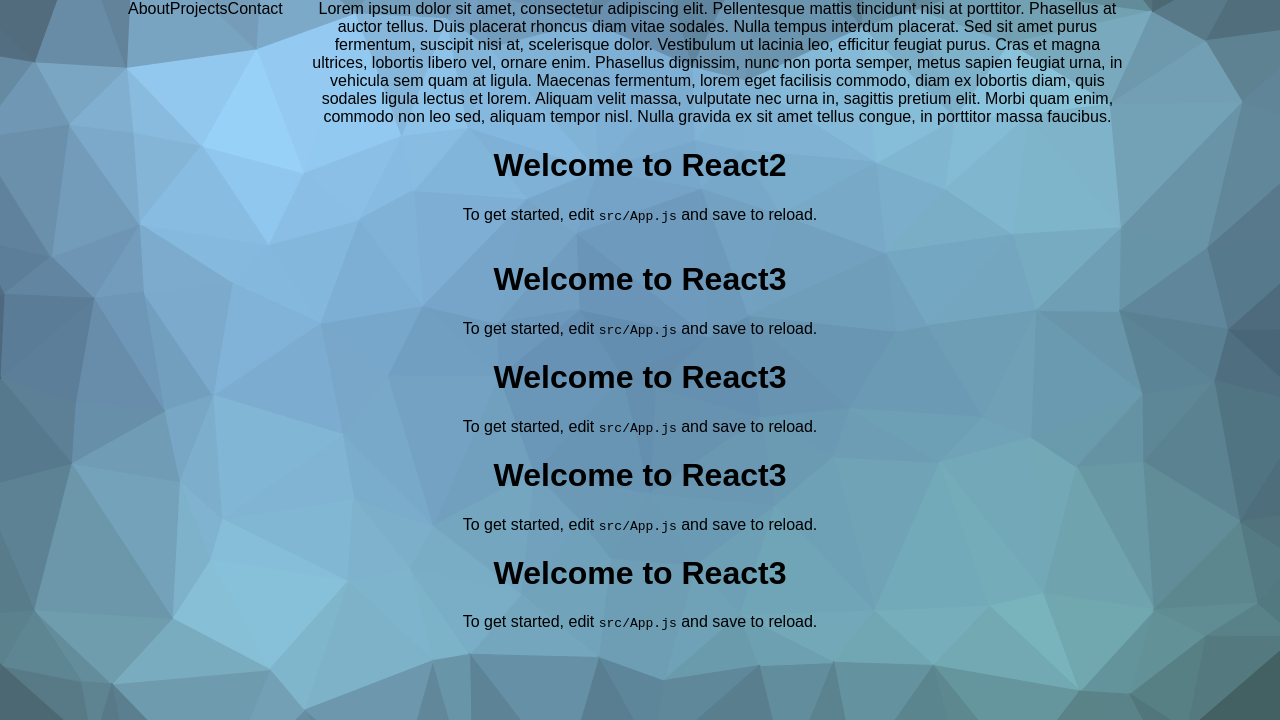
Repository: jordanCain/Education
Page: /
These files come from the project's save history. The page is drawn as it stood at one moment and after the next save; the edit follows.
The browser window is 1280 px wide. The pictures show the whole page.
The project was rebuilt for these pictures with package versions that can differ from the ones it lists, and the page was loaded fresh each time.

Above is the page before, as saved 2018-07-16 21:45:10.

### src/index.js
import React from 'react';
import ReactDOM from 'react-dom';
import './style.css';
import App from './App';
import registerServiceWorker from './registerServiceWorker';

ReactDOM.render(<App />, document.getElementById('root'));
registerServiceWorker();

### src/style.css
body {
  margin: 0;
  padding: 0;
  font-family: sans-serif;
  background: url(./images/background.svg) no-repeat center center fixed;
  background-size: cover;
  text-align: center;
}

.App {
  width: 80%;
  display: inline-block;
}

.menuItem {
  float: left;
}

### src/App.js
import React, { Component } from 'react';
import NavBar from './views/NavBar';
import About from './views/About';
import Projects from './views/Projects';
import Contact from './views/Contact';

class App extends Component {
	render() {
		return (
			<div className="App">
				<NavBar />
				<About />
				<Projects />
				<Contact />
			</div>
		);
	}
}

export default App;

### src/views/NavBar.js
import React from 'react';
import pageIDs from '../constants/pageIDs';

class NavBar extends React.Component{
    render(){
        return(
        <div>
            <span
                className="menuItem"
                onClick={() => { document.getElementById(pageIDs.about).scrollIntoView()}}>
                About
            </span>
            <span
                className="menuItem"
                onClick={() => { document.getElementById(pageIDs.projects).scrollIntoView()}}>
                Projects
            </span>
            <span
                className="menuItem"
                onClick={() => { document.getElementById(pageIDs.contact).scrollIntoView()}}>
                Contact
            </span>
        </div>
        );
    }
}

export default NavBar;

### src/views/About.js
import React from 'react';
import pageIDs from '../constants/pageIDs';

class Page1 extends React.Component {
    render() {
        return(
            <div className="App" id={pageIDs.about}>
                Lorem ipsum dolor sit amet, consectetur adipiscing elit. Pellentesque mattis tincidunt nisi at porttitor. Phasellus at auctor tellus. Duis placerat rhoncus diam vitae sodales. Nulla tempus interdum placerat. Sed sit amet purus fermentum, suscipit nisi at, scelerisque dolor. Vestibulum ut lacinia leo, efficitur feugiat purus. Cras et magna ultrices, lobortis libero vel, ornare enim. Phasellus dignissim, nunc non porta semper, metus sapien feugiat urna, in vehicula sem quam at ligula. Maecenas fermentum, lorem eget facilisis commodo, diam ex lobortis diam, quis sodales ligula lectus et lorem. Aliquam velit massa, vulputate nec urna in, sagittis pretium elit. Morbi quam enim, commodo non leo sed, aliquam tempor nisl. Nulla gravida ex sit amet tellus congue, in porttitor massa faucibus.
            </div>
        )
    }
}

export default Page1;

### src/views/Projects.js
import React from 'react';
import pageIDs from '../constants/pageIDs';

class Page2 extends React.Component {
    render() {
        return(
            <div className="App" id={pageIDs.projects}>
                <header className="App-header">
                <h1 className="App-title">Welcome to React2</h1>
                </header>
                <p className="App-intro">
                To get started, edit <code>src/App.js</code> and save to reload.
                </p>
            </div>
        )
    }
}

export default Page2;

### src/views/Contact.js
import React from 'react';
import pageIDs from '../constants/pageIDs';

class Page3 extends React.Component {
    render() {
        return(
            <div className="App" id={pageIDs.contact}>
                <header className="App-header">
                <h1 className="App-title">Welcome to React3</h1>
                </header>
                <p className="App-intro">
                To get started, edit <code>src/App.js</code> and save to reload.
                </p>
                <header className="App-header">
                <h1 className="App-title">Welcome to React3</h1>
                </header>
                <p className="App-intro">
                To get started, edit <code>src/App.js</code> and save to reload.
                </p>
                <header className="App-header">
                <h1 className="App-title">Welcome to React3</h1>
                </header>
                <p className="App-intro">
                To get started, edit <code>src/App.js</code> and save to reload.
                </p>
                <header className="App-header">
                <h1 className="App-title">Welcome to React3</h1>
                </header>
                <p className="App-intro">
                To get started, edit <code>src/App.js</code> and save to reload.
                </p>
            </div>
        )
    }
}

export default Page3;

### src/constants/pageIDs.json
{
    "about": "ABOUT",
    "projects": "PROJECTS",
    "contact": "CONTACT"
}

Loaded but not shown: public/index.html (common file); src/registerServiceWorker.js (common file)

After the next save:
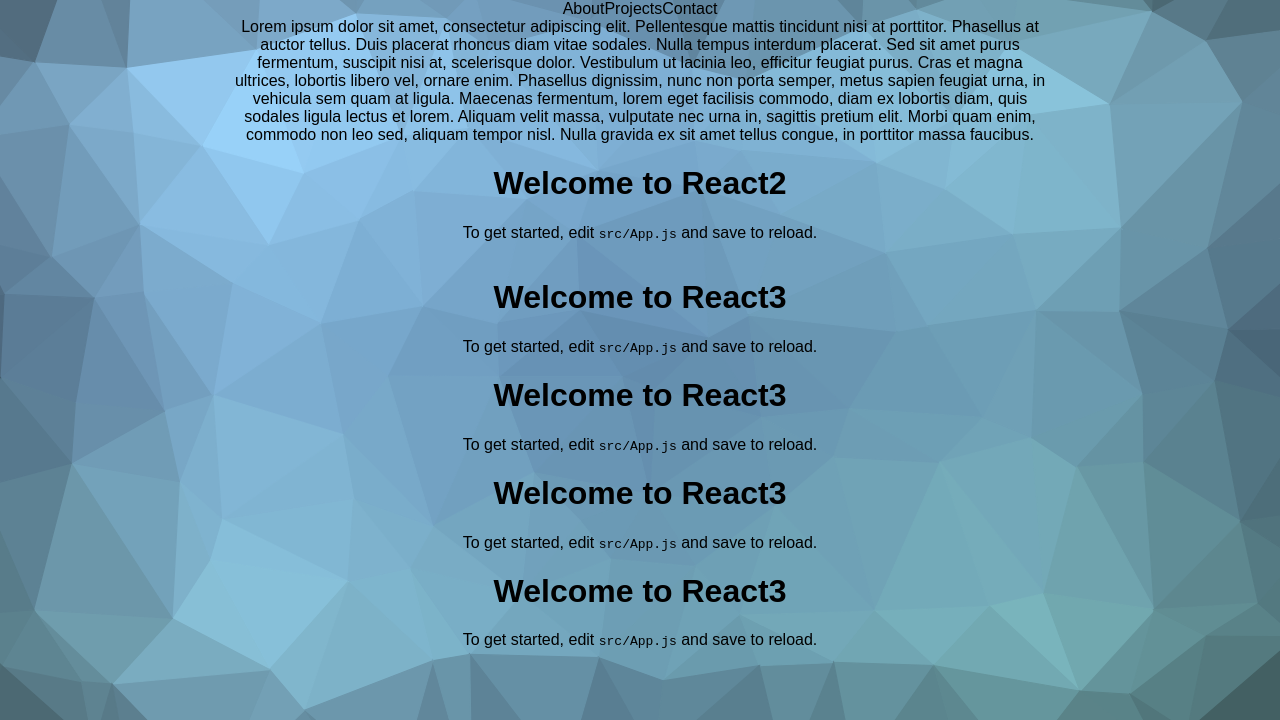
Saved 16 s later.
--- a/src/style.css
+++ b/src/style.css
@@ -11,7 +11,3 @@
   width: 80%;
   display: inline-block;
 }
-
-.menuItem {
-  float: left;
-}
